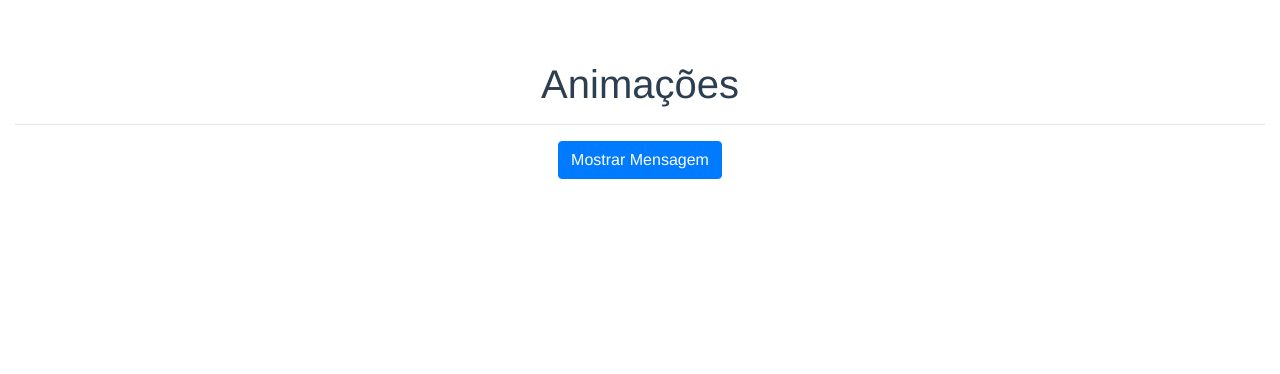
Repository: LucianoBitt/Curso_VueJS
Page: / (app in 12_animacoes/animacoes-exercicios/)
These files come from the project's save history. The page is drawn as it stood at one moment and after the next save; the edit follows.
The browser window is 1280 px wide. The pictures show the whole page.
The project was rebuilt for these pictures with package versions that can differ from the ones it lists, and the page was loaded fresh each time.

Above is the page before, as saved 2023-12-22 14:02:44.

### 12_animacoes/animacoes-exercicios/src/App.vue
<template>
	<div id="app" class="container-fluid">
		<h1>Animações</h1>
		<hr>
		<b-button variant="primary" class="mb-3"
		@click="exibir = !exibir">Mostrar Mensagem</b-button>

		<transition name="fade">
			<b-alert variant="info" show v-if="exibir">{{ msg }}</b-alert>
		</transition>

		<transition name="slide">
			<b-alert variant="info" show v-if="exibir">{{ msg }}</b-alert>
		</transition>
	</div>
</template>

<script>

export default {
	data() {
		return {
			msg: 'Mensagem de informação para o usuário!',
			exibir: false
		}
	}
}
</script>

<style>
#app {
	font-family: 'Avenir', Helvetica, Arial, sans-serif;
	-webkit-font-smoothing: antialiased;
	-moz-osx-font-smoothing: grayscale;
	text-align: center;
	color: #2c3e50;
	margin-top: 60px;
	font-size: 1.5rem;
}

.fade-enter, .fade-leave-to {
	opacity: 0;
}

.fade-enter-active, .fade-leave-active {
	transition: opacity 2s;
}

@keyframes slide-in {
	from { transform: translateY(40px); }
	to { transform: translateY(0); }
}

@keyframes slide-out {
	from { transform: translateY(0); }
	to { transform: translateY(40px); }
}

.slide-enter-active {
	animation: slide-in 2s ease;
	transition: opacity 2s;
}

.slide-leave-active {
	animation: slide-out 2s ease;
	transition: opacity 2s;
}

.slide-enter, .slide-leave-to {
	opacity: 0;
}
</style>

Loaded but not shown: 12_animacoes/animacoes-exercicios/public/index.html (common file); 12_animacoes/animacoes-exercicios/src/main.js (common file); 12_animacoes/animacoes-exercicios/src/plugins/bootstrap-vue.js (common file)

After the next save:
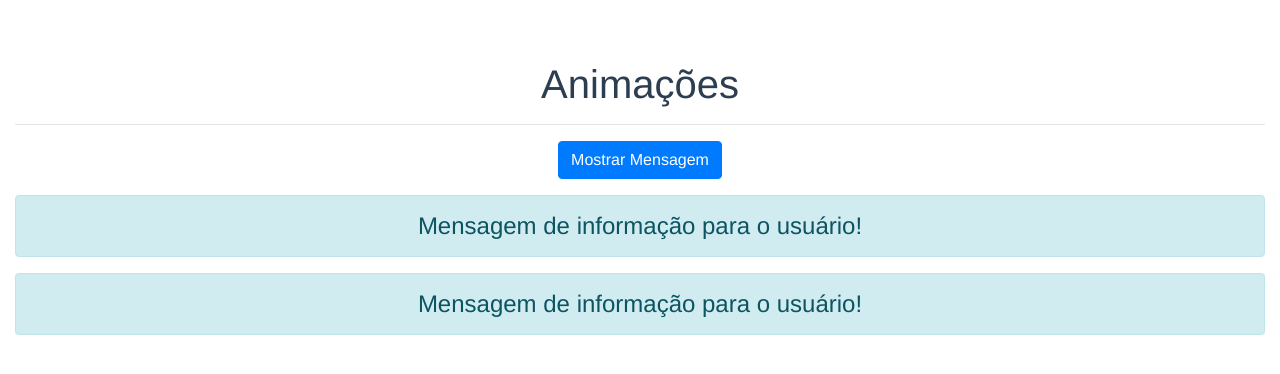
Saved 108 min 27 s later.
--- a/12_animacoes/animacoes-exercicios/src/App.vue
+++ b/12_animacoes/animacoes-exercicios/src/App.vue
@@ -5,11 +5,11 @@
 		<b-button variant="primary" class="mb-3"
 		@click="exibir = !exibir">Mostrar Mensagem</b-button>
 
-		<transition name="fade">
+		<transition name="fade" appear="">
 			<b-alert variant="info" show v-if="exibir">{{ msg }}</b-alert>
 		</transition>
 
-		<transition name="slide">
+		<transition name="slide" appear="">
 			<b-alert variant="info" show v-if="exibir">{{ msg }}</b-alert>
 		</transition>
 	</div>
@@ -21,7 +21,7 @@ export default {
 	data() {
 		return {
 			msg: 'Mensagem de informação para o usuário!',
-			exibir: false
+			exibir: true
 		}
 	}
 }
